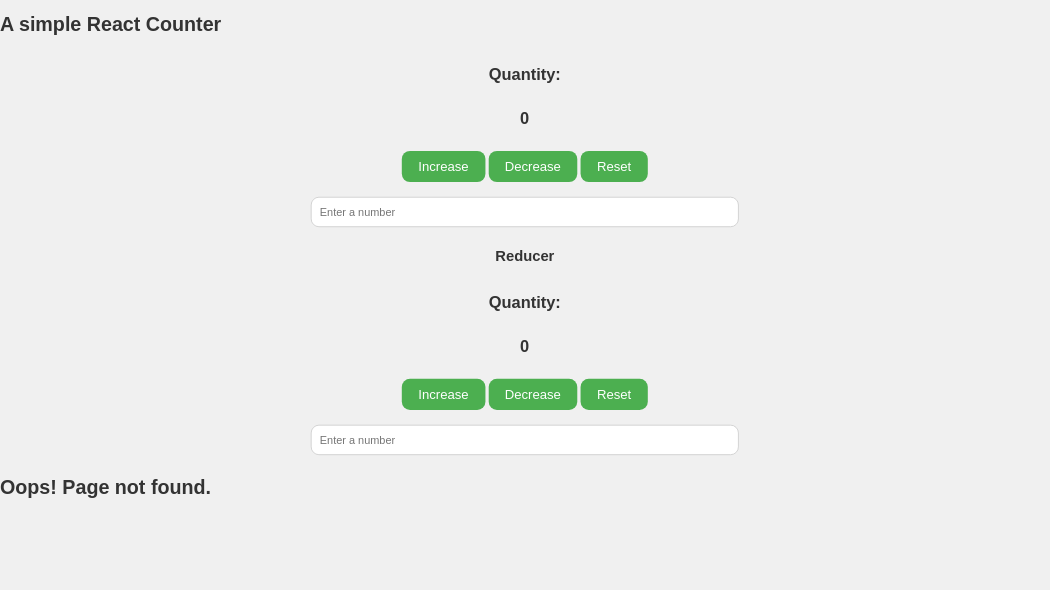
Repository: qudos4real/altschool-second-sem
Page: /
These files come from the project's save history. The page is drawn as it stood at one moment and after the next save; the edit follows.
The browser window is 1280 px wide. The pictures show the whole page, at 82% of full size.
The project was rebuilt for these pictures with package versions that can differ from the ones it lists, and the page was loaded fresh each time. Also part of the build but not shown: src/App.css, src/Components/ErrorBoundary.js.

Above is the page before, as saved 2022-11-04 15:06:30.

### src/App.js
import React from 'react';
import Counter from './Components/Counter';
import './App.css';
import Reducer from './Components/Reducer';
import Home from './Components/Home';
import NotFound from './Components/NotFound';
import ErrorBoundary from './Components/ErrorBoundary';
import { BrowserRouter as Router, Route, Routes, Link } from 'react-router-dom';



function App() {
  return (
    <>
    <Home />
    <Counter />
    <Reducer />
    <NotFound />
    <ErrorBoundary />

    </>

    // <Router>
    //   <ErrorBoundary >
    //   <nav>
    //     <Link to="/">Home</Link>
    //     <Link to="counter">Counter</Link>
    //     <Link to="reducer">Reducer</Link>
    //     <Link to="ErrorBoundary">ErrorBoundary</Link>
    //     </nav>
    //   <Routes>
    //     <Route path="/" element={<Home />} />
    //     <Route path="/counter" element={<Counter />} />
    //     <Route path="/reducer" element={<Reducer />} />
    //     <Route path="ErrorBoundary" element={<ErrorBoundary />} />
    //     <Route path="*" element={<NotFound />} />
    //   </Routes>
    //   </ErrorBoundary>
    // </Router>
  )
}

export default App

### src/Components/Counter.js
import React from "react";
import { useCounter } from "../hooks/useCounter";
import "../CSS/Counter.css";

function Counter() {
  const quantity = useCounter(0);
  return (
    <div className="container">
      <h3 className="label ">Quantity: </h3>
      <h3 className="value ">{quantity.count} </h3>
      <br />
      <div>
        <button className="btn " onClick={quantity.increment}>
          Increase
        </button>
        <button className="btn " onClick={quantity.decrement}>
          Decrease
        </button>
        <button className="btn " onClick={quantity.reset}>
          Reset
        </button>
      </div>
      <br />
      <input placeholder="Enter a number" className="input "
        type="number"
        onChange={(e) => quantity.setValue(e.target.value)}
      />
    </div>
  );
}

export default Counter;

### src/Components/Reducer.js
import React from "react";
import { useReducer } from "react";
import { reducer } from "../hooks/reducer.1";
import "../CSS/Counter.css"

function Reducer() {
  const [state, dispatch] = useReducer(reducer, { count: 0 });
  return (
    <div className="container">
      <h2>Reducer</h2>

      <h3 className="label "> Quantity: </h3>
      <h3 className="value ">{state.count}</h3>
      <br />
      <div>
      <button className="btn " onClick={() => dispatch({ type: "increment" })}>Increase</button>
      <button className="btn " onClick={() => dispatch({ type: "decrement" })}>Decrease</button>
      <button className="btn " onClick={() => dispatch({ type: "reset" })}>Reset</button>
      </div>
      <br />
      <input
        type="number" placeholder="Enter a number" className="input "
        onChange={(e) => dispatch({ type: "setValue", value: e.target.value })}
      />
    </div>
  );
}

export default Reducer;

### src/Components/Home.js
import React from "react";
import { Outlet } from "react-router-dom";

function Home() {
  return (
    <div>
      <h1>A simple React Counter</h1>
        <Outlet />

    </div>
  );
}

export default Home;

### src/Components/NotFound.js
import React from 'react'

const NotFound = () => {
    return (
        <div>
            <h1>
            Oops! Page not found.
            </h1>
        </div>
    )
}

export default NotFound

### src/hooks/useCounter.js
import { useState } from "react";

export const useCounter = (initialValue) => {
    const [count, setCount] = useState(initialValue);
    const increment = () => {
        setCount(count + 1);
    };
    const decrement = () => {
        count > 0 && setCount(count - 1);
    };
    const reset = () => {
        setCount(initialValue);
    };
    const setValue = (value) => {
        setCount(value);
    };
    return { count, increment, decrement, reset, setValue };
};

### src/CSS/Counter.css
body {
    background-color: #f0f0f0;
    font-family: Arial, Helvetica, sans-serif;
    font-size: 12px;
    color: #333;
    margin: 0;
    padding: 0;
    box-sizing: border-box;
}
.container{
    width: 80%;
    max-width: 1200px;
    margin: 0 auto;
    padding: 0 20px;
    display: flex;
    justify-content: center;
    align-items: center;
    flex-direction: column;

}
.btn {
    background-color: #4CAF50;
    border: none;
    color: white;
    padding: 10px 20px;
    text-align: center;
    text-decoration: none;
    display: inline-block;
    font-size: 16px;
    margin: 4px 2px;
    cursor: pointer;
    border-radius: 10px;
}
.btn:hover {
    background-color: #3e8e41;
}
.input{
    width: 100%;
    max-width: 500px;
    padding: 10px;
    border: 1px solid #ccc;
    border-radius: 10px;
    margin-bottom: 10px;
}
.label{
    font-size: 20px;
    font-weight: bold;
    margin-bottom: 10px;
}
.value{
    font-size: 20px;
    font-weight: bold;
    margin-bottom: 10px;
    animation: myAnim 2s ease 0s 1 normal forwards;
}
@keyframes myAnim {
	0% {
		transform: scale3d(1, 1, 1);
	}

	30% {
		transform: scale3d(1.25, 0.75, 1);
	}

	40% {
		transform: scale3d(0.75, 1.25, 1);
	}

	50% {
		transform: scale3d(1.15, 0.85, 1);
	}

	65% {
		transform: scale3d(0.95, 1.05, 1);
	}

	75% {
		transform: scale3d(1.05, 0.95, 1);
	}

	100% {
		transform: scale3d(1, 1, 1);
	}
}

### src/hooks/reducer.1.js
export function reducer(state, action) {
    switch (action.type) {
        case "increment":
            return { count: state.count + 1 };
        case "decrement":
            return { count: state.count - 1 };
        case "reset":
            return { count: 0 };
        case "setValue":
            return { count: action.value };
        default:
            return state;
    }
}

Loaded but not shown: public/index.html (common file); src/index.js (common file); src/index.css (common file); src/reportWebVitals.js (common file)

After the next save:
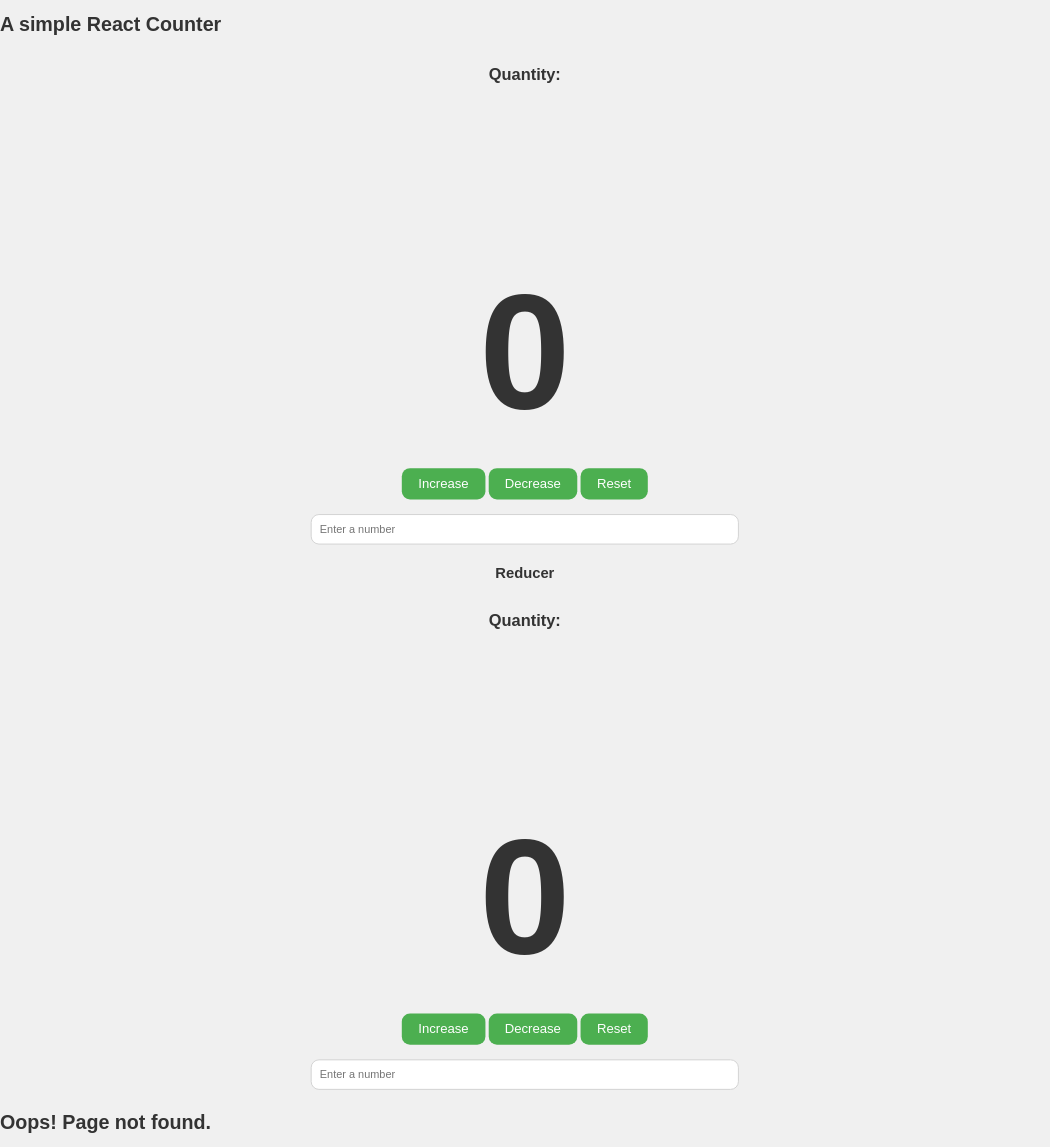
Saved 4 min 47 s later.
--- a/src/CSS/Counter.css
+++ b/src/CSS/Counter.css
@@ -48,37 +48,7 @@ body {
     margin-bottom: 10px;
 }
 .value{
-    font-size: 20px;
+    font-size: 200px;
     font-weight: bold;
     margin-bottom: 10px;
-    animation: myAnim 2s ease 0s 1 normal forwards;
-}
-@keyframes myAnim {
-	0% {
-		transform: scale3d(1, 1, 1);
-	}
-
-	30% {
-		transform: scale3d(1.25, 0.75, 1);
-	}
-
-	40% {
-		transform: scale3d(0.75, 1.25, 1);
-	}
-
-	50% {
-		transform: scale3d(1.15, 0.85, 1);
-	}
-
-	65% {
-		transform: scale3d(0.95, 1.05, 1);
-	}
-
-	75% {
-		transform: scale3d(1.05, 0.95, 1);
-	}
-
-	100% {
-		transform: scale3d(1, 1, 1);
-	}
-}
+    }
